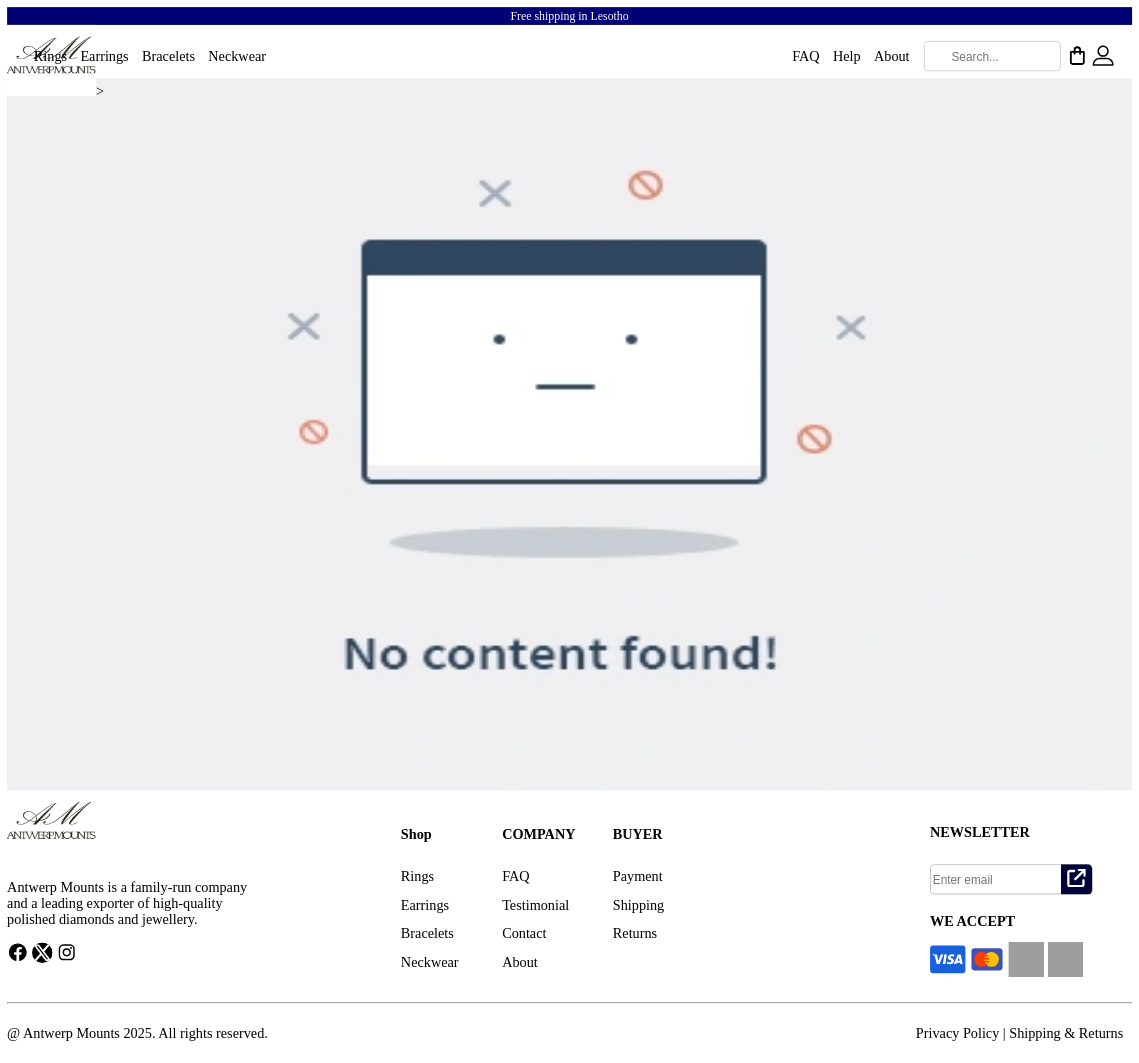
Repository: kea-0424/Web-Development-Project-1
Page: First_collaboration/JewelarySite.html
An editor plug-in stored every save of this project. The page is shown before and after a run of saves, followed by the edit.
The browser window is 1280 px wide. The pictures show the whole page, at 89% of full size.
Pictures or frames that could not be fetched are drawn as grey boxes.

Above is the page before, as saved 2025-01-23 10:53:11.

After the next 3 saves:
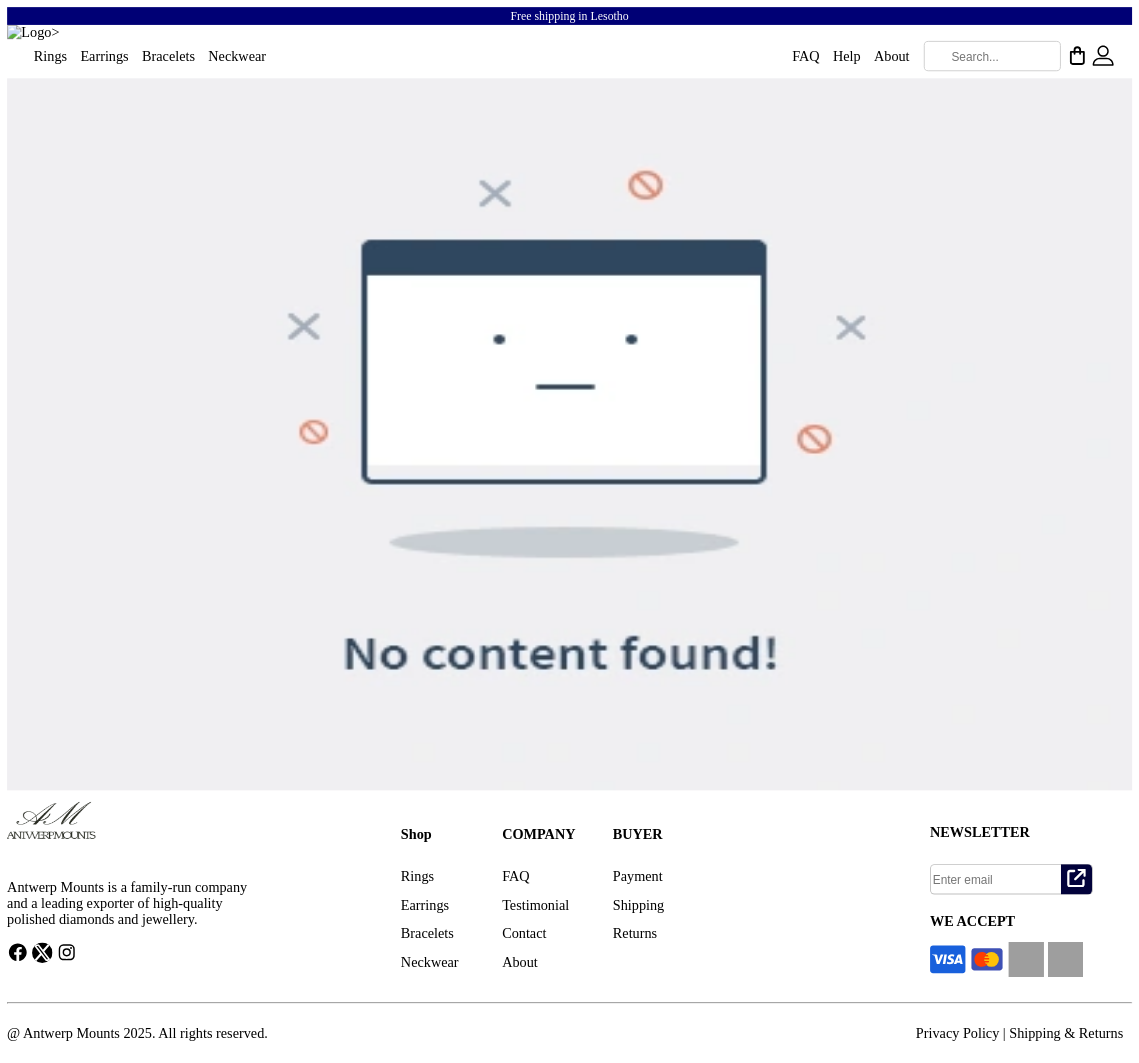
The 3 saves are shown as one change because they came seconds apart.
The last was saved 13 s later.
--- a/First_collaboration/JewelarySite.html
+++ b/First_collaboration/JewelarySite.html
@@ -20,7 +20,7 @@
                 </ul>
 
             <div class="logo_container">
-<img src="./Main_Logo.png" alt="Logo" class="main_logo" id="Nav_logo">>
+<img src="" alt="Logo" class="main_logo" id="Nav_logo">>
             </div>
                 <ul class="navigations" id="left_nav">
                     <li class="navbar_links"><a href="#">FAQ</a></li>
